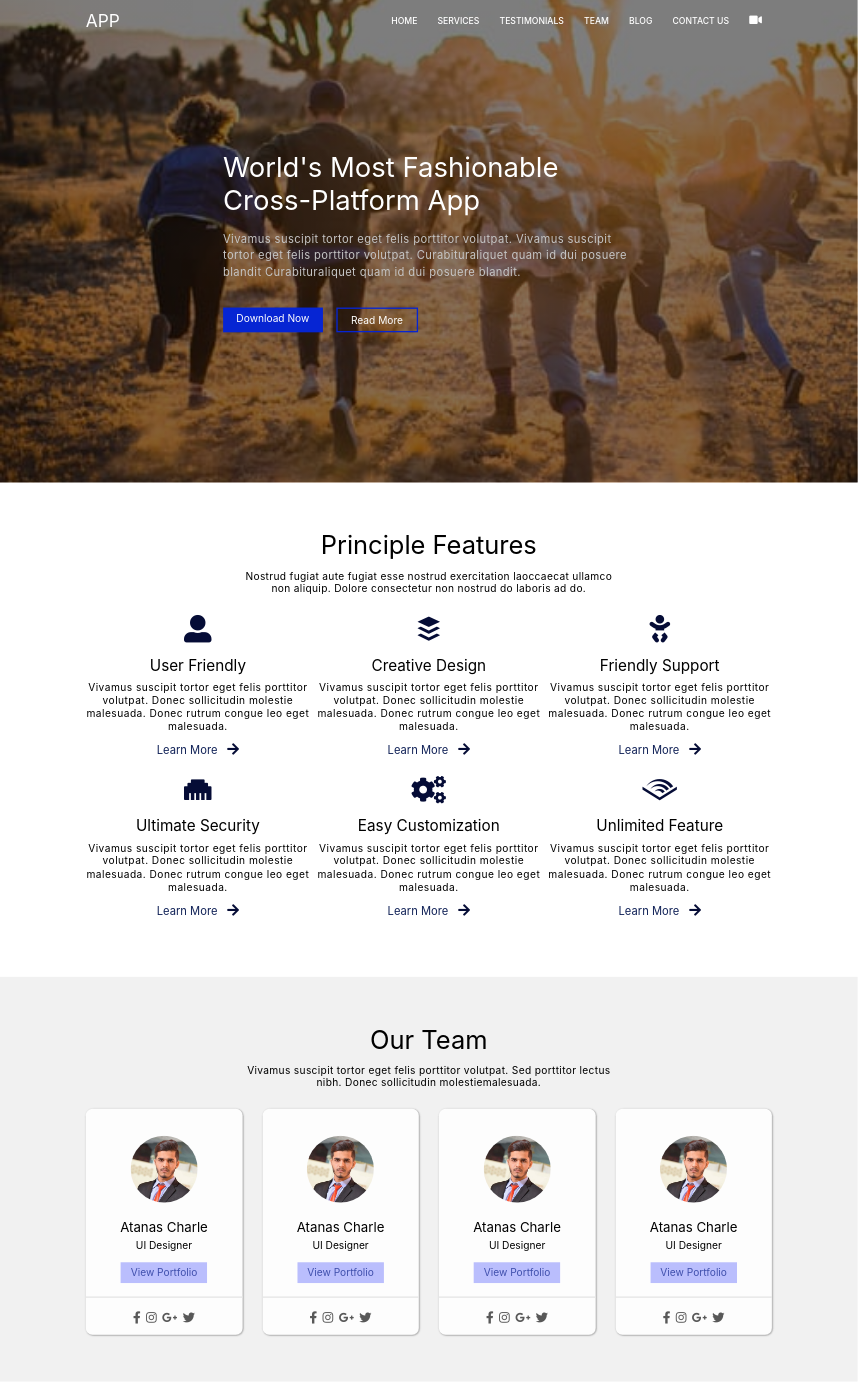
Repository: MagimbiJr/firstDesign
Page: index.html
An editor plug-in stored every save of this project. The page is shown before and after the next save, followed by the edit.
The browser window is 1280 px wide. The pictures show the whole page, at 67% of full size.
Backgrounds fixed to the window are drawn as part of the page.

Above is the page before, as saved 2020-06-12 20:38:16.

### index.html
<!DOCTYPE html>
<html lang="en">
<head>
    <meta charset="UTF-8">
    <meta name="viewport" content="width=device-width, initial-scale=1.0">
    <link rel="stylesheet" href="fontawesome-5.13.0/css/all.min.css">
    <link rel="stylesheet" href="css/style.css">
    <link rel="stylesheet" href="css/mediaQuery.css">
    <title>App</title>
</head>
<body>

    <header class="hero">
        <div class="navbar">
            <div class="container">
                <div class="navigation">
                    <a href="#" class="brand">app</a>
                    <div class="flex"></div>
                    <nav class="navs">
                        <ul>
                            <li><a href="#">Home</a></li>
                            <li><a href="#">Services</a></li>
                            <li><a href="#">Testimonials</a></li>
                            <li><a href="#">Team</a></li>
                            <li><a href="#">Blog</a></li>
                            <li><a href="#">Contact Us</a></li>
                            <li><a href="#"><i class="fa fa-video"></i></a></li>
                        </ul>
                    </nav>
                    <div class="nav-toggle-btn">
                        <button id="toggle-btn">
                            <i class="fa fa-bars"></i>
                        </button>
                    </div>
                </div>
            </div>
        </div>

        <div class="side-drawer">
            `<ul>
                <li><a href="#">Home</a></li>
                <li><a href="#">Services</a></li>
                <li><a href="#">Testimonials</a></li>
                <li><a href="#">Team</a></li>
                <li><a href="#">Blog</a></li>
                <li><a href="#">Contact Us</a></li>
                <li><a href="#"><i class="fa fa-video"></i></a></li>
            </ul>
        </div>

        <div class="content">
            <div class="container">
                  <h2>World's Most Fashionable Cross-Platform App</h2>
                    <p>Vivamus suscipit tortor eget felis porttitor volutpat. Vivamus suscipit tortor eget felis porttitor volutpat.
                        Curabituraliquet quam id dui posuere blandit Curabituraliquet quam id dui posuere blandit.</p>
                    <div class="buttons">
                        <a href="#" class="btn btn-cover">Download Now</a>
                        <a href="#" class="btn btn-outline">Read More</a>
                    </div>
            </div>
        </div>
    </header>

    <section class="features">
        <div class="container">
            <h2>Principle Features</h2>
            <p class="top-para">Nostrud fugiat aute fugiat esse nostrud exercitation laoccaecat ullamco non aliquip.
                Dolore
                consectetur non nostrud do laboris ad do.</p>
            <div class="features-items-wrapper">
                <div class="feature-item">
                    <i class="fa fa-user-alt"></i>
                    <h3>User Friendly</h3>
                    <p>Vivamus suscipit tortor eget felis porttitor volutpat. Donec sollicitudin molestie malesuada. Donec rutrum
                        congue leo
                        eget malesuada.</p>
                    <a href="#">Learn More <i class="fa fa-arrow-right"></i></a>
                </div>
                <div class="feature-item">
                    <i class="fab fa-buffer"></i>
                    <h3>Creative Design</h3>
                    <p>Vivamus suscipit tortor eget felis porttitor volutpat. Donec sollicitudin molestie malesuada. Donec rutrum
                        congue leo
                        eget malesuada.</p>
                    <a href="#">Learn More <i class="fa fa-arrow-right"></i></a>
                </div>
                <div class="feature-item">
                    <i class="fas fa-baby"></i>
                    <h3>Friendly Support</h3>
                    <p>Vivamus suscipit tortor eget felis porttitor volutpat. Donec sollicitudin molestie malesuada. Donec rutrum
                        congue leo
                        eget malesuada.</p>
                    <a href="#">Learn More <i class="fa fa-arrow-right"></i></a>
                </div>
                <div class="feature-item">
                    <i class="fas fa-ethernet"></i>
                    <h3>Ultimate Security</h3>
                    <p>Vivamus suscipit tortor eget felis porttitor volutpat. Donec sollicitudin molestie malesuada. Donec rutrum
                        congue leo
                        eget malesuada.</p>
                    <a href="#">Learn More <i class="fa fa-arrow-right"></i></a>
                </div>
                <div class="feature-item">
                    <i class="fa fa-cogs"></i>
                    <h3>Easy Customization</h3>
                    <p>Vivamus suscipit tortor eget felis porttitor volutpat. Donec sollicitudin molestie malesuada. Donec rutrum
                        congue leo
                        eget malesuada.</p>
                    <a href="#">Learn More <i class="fa fa-arrow-right"></i></a>
                </div>
                <div class="feature-item">
                    <i class="fab fa-audible"></i>
                    <h3>Unlimited Feature</h3>
                    <p>Vivamus suscipit tortor eget felis porttitor volutpat. Donec sollicitudin molestie malesuada. Donec rutrum
                        congue leo
                        eget malesuada.</p>
                    <a href="#">Learn More <i class="fa fa-arrow-right"></i></a>
                </div>
            </div>
        </div>
    </section>

    <section class="our-team">
        <div class="container">
            <h2>Our Team</h2>
            <p class="top-para">Vivamus suscipit tortor eget felis porttitor volutpat. Sed porttitor lectus nibh. Donec sollicitudin molestiemalesuada.</p>
            <div class="card-wrapper">
                <div class="card-item">
                    <div class="title-img">
                        <img src="img/person-1.jpeg" alt="Atanas Charle">
                    </div>
                    <h3>Atanas Charle</h3>
                    <p>UI Designer</p>
                    <a href="#" class="btn card-btn">View Portfolio</a>
                    <div class="line-sep"></div>
                    <div class="social-accounts">
                        <li>
                            <a href="#"><i class="fab fa-facebook-f"></i></a>
                        </li>
                        <li>
                            <a href="#"><i class="fab fa-instagram"></i></a>
                        </li>
                        <li>
                            <a href="#"><i class="fab fa-google-plus-g"></i></a>
                        </li>
                        <li>
                            <a href="#"><i class="fab fa-twitter"></i></a>
                        </li>
                    </div>
                </div>
                <div class="card-item">
                    <div class="title-img">
                        <img src="img/person-1.jpeg" alt="Atanas Charle">
                    </div>
                    <h3>Atanas Charle</h3>
                    <p>UI Designer</p>
                    <a href="#" class="btn card-btn">View Portfolio</a>
                    <div class="line-sep"></div>
                    <div class="social-accounts">
                        <li>
                            <a href="#"><i class="fab fa-facebook-f"></i></a>
                        </li>
                        <li>
                            <a href="#"><i class="fab fa-instagram"></i></a>
                        </li>
                        <li>
                            <a href="#"><i class="fab fa-google-plus-g"></i></a>
                        </li>
                        <li>
                            <a href="#"><i class="fab fa-twitter"></i></a>
                        </li>
                    </div>
                </div>
                <div class="card-item">
                    <div class="title-img">
                        <img src="img/person-1.jpeg" alt="Atanas Charle">
                    </div>
                    <h3>Atanas Charle</h3>
                    <p>UI Designer</p>
                    <a href="#" class="btn card-btn">View Portfolio</a>
                    <div class="line-sep"></div>
                    <div class="social-accounts">
                        <li>
                            <a href="#"><i class="fab fa-facebook-f"></i></a>
                        </li>
                        <li>
                            <a href="#"><i class="fab fa-instagram"></i></a>
                        </li>
                        <li>
                            <a href="#"><i class="fab fa-google-plus-g"></i></a>
                        </li>
                        <li>
                            <a href="#"><i class="fab fa-twitter"></i></a>
                        </li>
                    </div>
                </div>
                <div class="card-item">
                    <div class="title-img">
                        <img src="img/person-1.jpeg" alt="Atanas Charle">
                    </div>
                    <h3>Atanas Charle</h3>
                    <p>UI Designer</p>
                    <a href="#" class="btn card-btn">View Portfolio</a>
                    <div class="line-sep"></div>
                    <div class="social-accounts">
                        <li>
                            <a href="#"><i class="fab fa-facebook-f"></i></a>
                        </li>
                        <li>
                            <a href="#"><i class="fab fa-instagram"></i></a>
                        </li>
                        <li>
                            <a href="#"><i class="fab fa-google-plus-g"></i></a>
                        </li>
                        <li>
                            <a href="#"><i class="fab fa-twitter"></i></a>
                        </li>
                    </div>
                </div>
            </div>
        </div>
    </section>

    <script src="js/index.js"></script>
</body>
</html>

### css/style.css
/* --- GENERAL STYLE SETTINGS --- */

* {
    margin: 0;
    padding: 0;
    box-sizing: border-box;
}

html {
    font-size: 95%;
    font-family: -apple-system, BlinkMacSystemFont, 'Segoe UI', Roboto, Oxygen, Ubuntu, Cantarell, 'Open Sans', 'Helvetica Neue', sans-serif;
}

.container {
    width: 80%;
    margin: 0 auto;
}

.flex {
    flex: 1;
}

.btn {
    text-decoration: none;
    margin-right: 20px;
    transition: .4s;
}

.btn-cover {
    background-color: #0625d3;
    padding: 7px 20px;
    color: #ffffff;
}

.btn-cover:hover {
    background-color: #041369;
}

.btn-outline {
    border: 2px solid #0625d3;
    color: #ffffff;
     padding: 7px 20px;
}

.btn-outline:hover {
    background-color: #041369;
    border: 2px solid #041369;
}


/* ANIMATIONS */

@keyframes ZoomInDown {
    from {
        opacity: 0;
        transform: translateY(-20%);
     }
    to {
        opacity: 1;
        transform: translateY(0);
     }
}

@keyframes ZoomInUp {
    from {
        opacity: 0;
        transform: translateY(30%);
    }
    to {
        opacity: 1;
        transform: translateY(0);
    }
}

@keyframes ZoomInCenter {
    from {
        opacity: 0;
    }
    to {
        opacity: 1;
    }
}

/* --- HERO AND NAVS STYLE SETTING --- */

.hero {
    background-image: linear-gradient(#0000007a, #0000007a),url("bg's/bg-7.jpeg");
    width: 100%;
    height: 100vh;
    background-attachment: fixed;
    background-size: cover;
    background-position: center;
    display: flex;
    flex-direction: column;
    align-items: center;
    justify-content: center;
}

.navbar {
    width: 100%;
    height: 60px;
    display: flex;
    position: fixed;
    top: 0;
    left: 0;
    transition: .4s;
}

.scrolled-navbar {
    background-color: #f0f0f0;
    border-bottom: 3px solid #a3a3a3;
    transition: .4s;
}

.scrolled-navbar .brand,
.scrolled-navbar .navs a,
.scrolled-navbar .nav-toggle-btn i {
    color: #414141
}

.navigation {
    display: flex;
    height: 100%;
    align-items: center;
}

.brand {
    text-decoration: none;
    color: #ffffff;
    font-size: 170%;
    text-transform: uppercase;
}

.navs ul {
    list-style: none;
    display: inline-flex;
}

.navs li {
    padding: 0 15px;
}

.navs a {
    text-decoration: none;
    color: #ffffff;
    text-transform: uppercase;
    font-size: 85%;
    font-weight: 500;
    transition: .5s;
}

.navs a:hover {
    color: #00158b;
}

.navs i {
    font-size: 130%;
}

.nav-toggle-btn button {
    border: none;
    background-color: transparent;
    display: none;
}

.nav-toggle-btn button:focus {
    outline: none;
}

.nav-toggle-btn i {
    font-size: 150%;
    color: #ffffff;
    padding: 2px 4px;
    transition: .5s;
}

/* SIDE DRAWER STYLES */

.side-drawer {
    background-color: #e2e2e2;
    position: fixed;
    top: 60px;
    left: 0;
    width: 450px;
    /* display: none; */
    transform: translateX(-100%);
    transition: transform .5s;
}

.side-drawer ul {
    padding: 20px 60px;
    list-style: none;
}

.side-drawer li {
    padding: 8px 0;
}

.side-drawer a {
    text-decoration: none;
    color: #474747;
    text-transform: uppercase;
    transition: .4s;
}

.side-drawer a:hover {
    color: #050c36;
}

/* CONTENT STYLES */

.content {
    width: 60%;
    height: 80%;
    display: flex;
    flex-direction: column;
    align-items: left;
    justify-content: center;
}

.content h2 {
    font-size: 270%;
    font-weight: 400;
    padding-bottom: 20px;
    color: #ffffff;
    animation-name: ZoomInDown;
    animation-duration: .8s;
}

.content p {
    font-size: 110%;
    line-height: 1.5;
    letter-spacing: .6px;
    color: #c5c5c5;
    padding-bottom: 40px;
    animation-name: ZoomInCenter;
    animation-duration: 2s;
}

.buttons {
    display: flex;
    animation-name: ZoomInUp;
    animation-duration: 1s;
}

/* FEATURES SECTION STYLES */

.features {
    padding: 70px 0;
}

.features h2 {
    font-size: 250%;
    font-weight: 400;
    text-align: center;
    padding-bottom: 15px;
}

.top-para {
    margin: 0 230px;
    text-align: center;
    line-height: 1.2;
    letter-spacing: .5px;
}

.features-items-wrapper {
    padding-top: 30px;
    display: grid;
    grid-template-columns: repeat(auto-fill, minmax(300px, 1fr));
    gap: 10px;
}

.feature-item {
    display: flex;
    flex-direction: column;
    align-items: center;
}

.feature-item i {
    font-size: 270%;
    padding-bottom: 20px;
    color: #050c36;
}

.feature-item h3 {
    font-size: 150%;
    font-weight: 400;
    padding-bottom: 10px;
}

.feature-item p {
    text-align: center;
    line-height: 1.3;
    letter-spacing: .7px;
    padding-bottom: 13px;
}

.feature-item a i {
    font-size: 120%;
    padding-left: 10px;
}

.feature-item a {
    text-decoration: none;
    color: #122358;
    font-size: 110%;
}

/* OUR TEAM STYLE */

.our-team {
    background-color: #f1f1f1;
    padding: 70px 0;
}

.our-team h2 {
    font-size: 250%;
    font-weight: 400;
    text-align: center;
    padding-bottom: 15px;
}

.card-wrapper {
     padding-top: 30px;
    display: grid;
    grid-template-columns: repeat(auto-fill, minmax(230px, 1fr));
    gap: 30px;
}

.card-item {
    background-color: #fdfdfd;
    padding-top: 40px;
    padding-bottom: 15px;
    display: flex;
    flex-direction: column;
    align-items: center;
    text-align: center;
    border-radius: 10px;
    box-shadow: 1px 1px 2px 1px rgb(184, 184, 184);
}

.title-img {
    width: 100px;
    height: 100px;

}

.title-img img {
    width: 100%;
    height: 100%;
    border-radius: 50%;
    object-fit: cover;
    object-position: right top;
}

.card-item h3 {
    font-size: 130%;
    font-weight: 400;
    padding-top: 25px;
    padding-bottom: 5px;
}

.card-item p {
    padding-bottom: 16px;
}

.card-item .btn {
    margin: 0;
}

.card-btn {
    background-color: #babefd;
    padding: 6px 15px;
    color: #4050ad;
    transition: .4s;
}

.card-btn:hover {
    background-color: #0625d3;
    color: #ffffff;
}

.social-accounts {
    display: flex;
    margin-top: 20px;
}

.social-accounts li {
    list-style: none;
    padding: 0 4px;
}

.social-accounts a {
    color: #585858;
}

.social-accounts i {
    font-size: 120%;
    transition: .5s;
}

.fa-facebook-f:hover {
    color: #00158b;
}

.fa-instagram:hover {
    color: #f062f0;
}

.fa-google-plus-g:hover {
    color: #ffb56f;
}

.fa-twitter:hover {
    color: #556be9;
}

.line-sep {
    display: block;
    width: 100%;
    height: 1.5px;
    background-color: #e6e6e6;
    margin-top: 20px;
}

### css/mediaQuery.css
/* MAX-WIDTH 1024PX */

@media (max-width: 1024px) {
    .navs {
        display: none;
    }

    .nav-toggle-btn button {
        display: block;
    }

    .content {
        width: 100%;
        align-items: center;
    }

    .side-drawer {
        width: 80%;
    }

    .top-para {
        margin: 0 30px;
    }
}

/* MAX-WIDTH 404PX */

@media (max-width: 414px) {
    .buttons {
        flex-direction: column;
    }

    .buttons .btn {
        margin: 5px 0;
        text-align: center;
    }

    .side-drawer {
        width: 100%;
    }
}

### js/index.js
window.addEventListener('DOMContentLoaded', () => {

    const scrolledNav = document.querySelector('.navbar');
    const toggleBtn = document.querySelector("#toggle-btn");
    const sideDrawer = document.querySelector(".side-drawer");
    let isOpen = false;

    document.addEventListener('scroll', function () {
        if (scrollY > 300) {
            scrolledNav.classList.add('scrolled-navbar')
        } else {
            scrolledNav.classList.remove('scrolled-navbar')
        }
    });

    toggleBtn.addEventListener('click', function () {
        if (isOpen) {
            sideDrawer.style.transform = 'translateX(-100%)';
            toggleBtn.innerHTML = '<i class="fa fa-bars"></i>'
        } else {
            sideDrawer.style.display = 'block';
            sideDrawer.style.transform = 'translateX(0)'
            toggleBtn.innerHTML = '<i class="fa fa-times"></i>';
        }
        isOpen =! isOpen;
    })

})

Loaded but not shown: fontawesome-5.13.0/css/all.min.css (library)

After the next save:
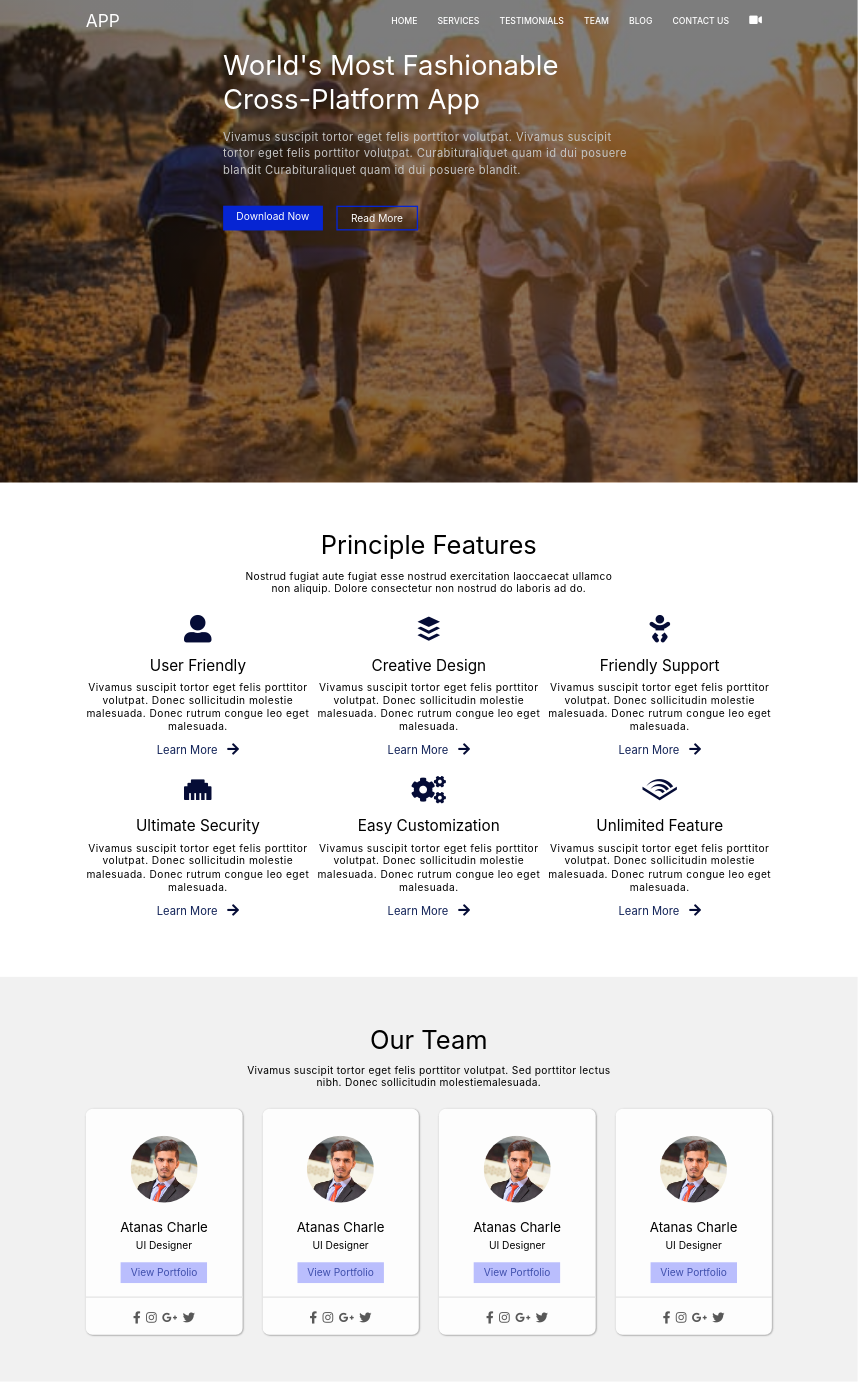
Saved 32 s later.
--- a/css/style.css
+++ b/css/style.css
@@ -213,9 +213,9 @@
     width: 60%;
     height: 80%;
     display: flex;
-    flex-direction: column;
+    /* flex-direction: column;
     align-items: left;
-    justify-content: center;
+    justify-content: center; */
 }
 
 .content h2 {

After the save that followed:
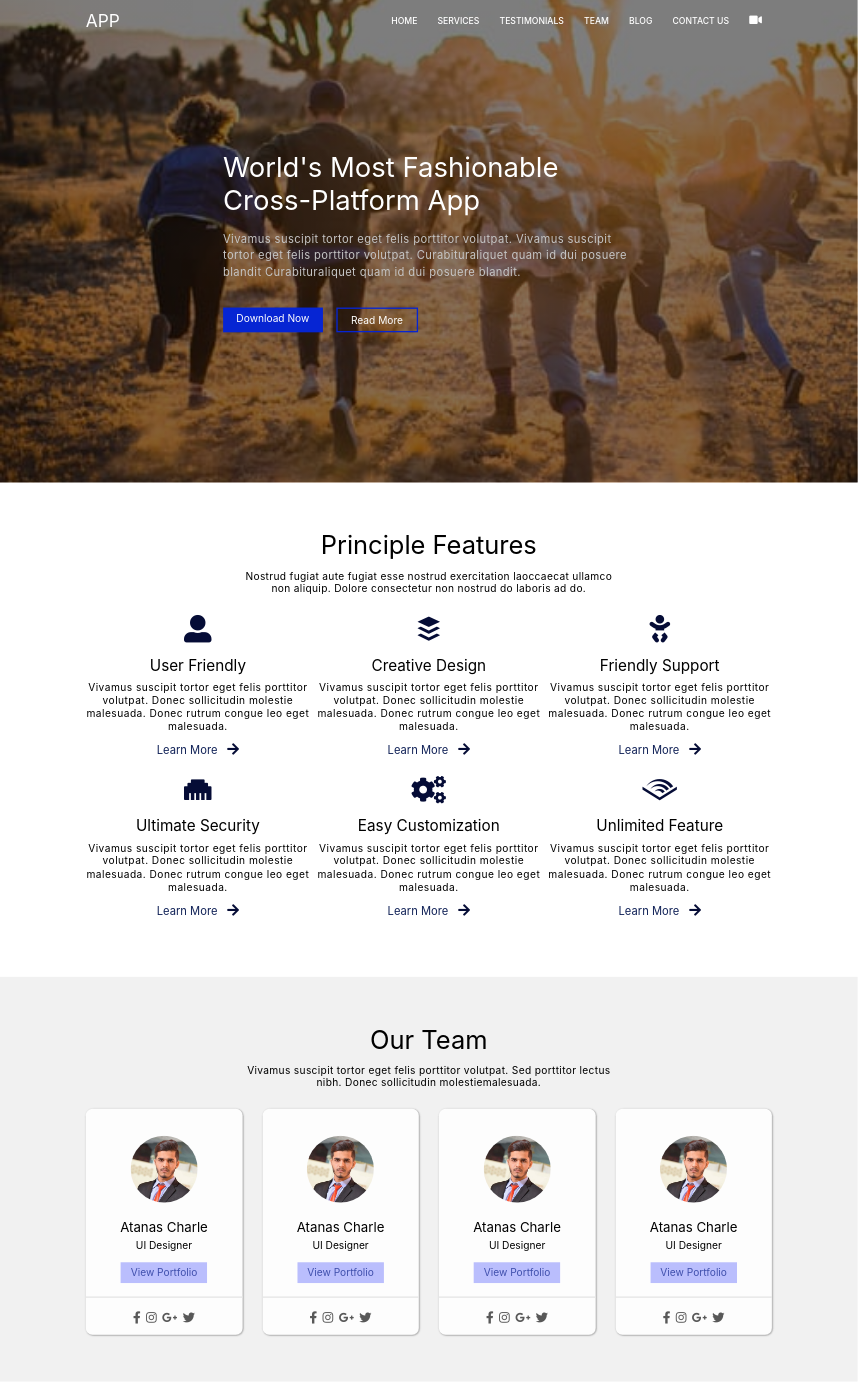
Saved 13 s later.
--- a/css/style.css
+++ b/css/style.css
@@ -213,9 +213,9 @@
     width: 60%;
     height: 80%;
     display: flex;
-    /* flex-direction: column;
+    flex-direction: column;
     align-items: left;
-    justify-content: center; */
+    justify-content: center;
 }
 
 .content h2 {
